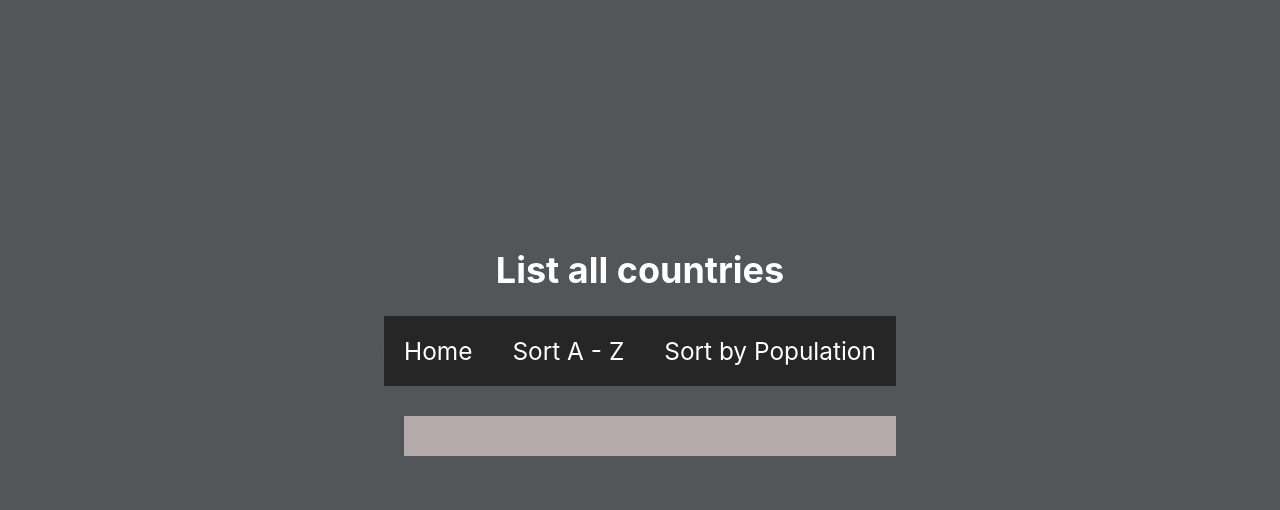
Repository: SaraHasan224/React-first-app
Page: /
The author's editor kept a copy of each file at every save. The page is drawn from the files as they stood at one save, then again after the next save.
The browser window is 1280 px wide. The pictures show the whole page.
The page's requests for data from a server got no answer. The project was rebuilt for these pictures with package versions that can differ from the ones it lists, and the page was loaded fresh each time. No one was signed in, and anything a server would have sent is missing. Also part of the build but not shown: src/assets/views/countryCard/countryCard.scss, src/assets/views/countryCard/countryCard.js.

Above is the page before, as saved 2020-03-13 10:47:58.

After the next save:
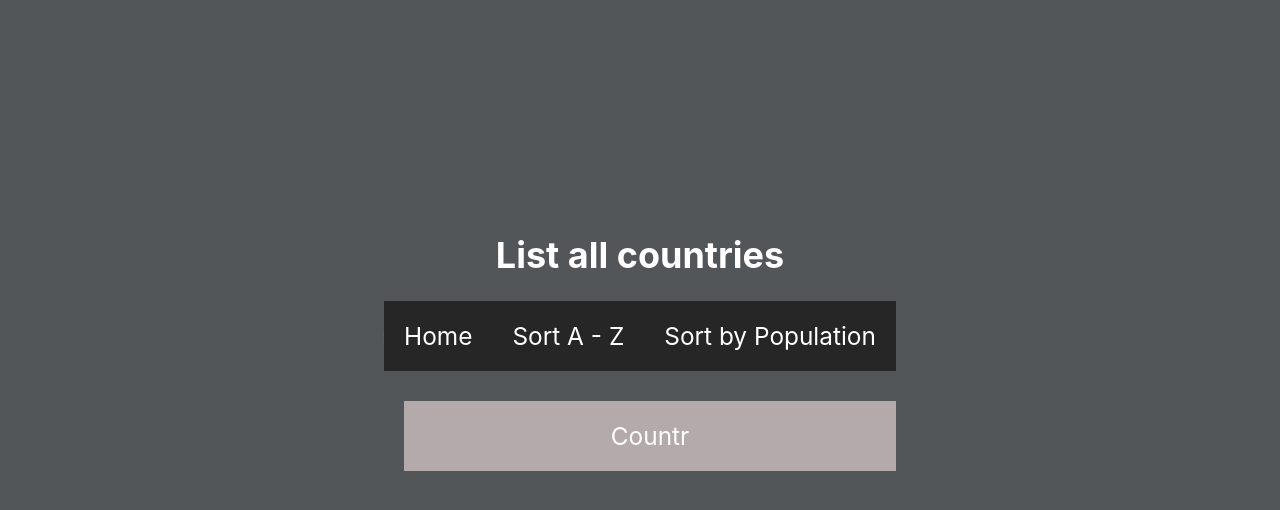
Saved 14 s later.
--- a/src/assets/components/Countries/Countries.js
+++ b/src/assets/components/Countries/Countries.js
@@ -53,7 +53,7 @@ class Countries extends Component {
                       })
                 }
                 <section  class="countries">
-
+                    Countr
                 </section>
                     {
                         this.state.allCountries.length > this.state.visibleCountries.length && (
